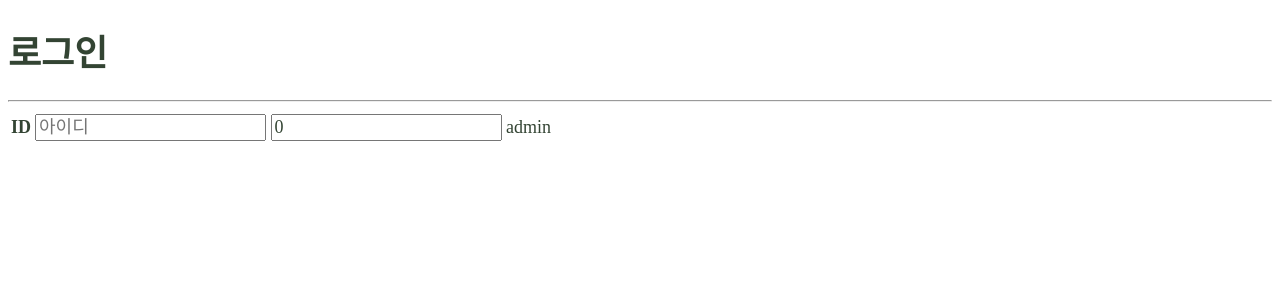
Repository: youngsik0405/SpringMVC
Page: http://localhost/mvc04/LoginForm.jsp
The author's editor kept a copy of each file at every save. The page is drawn from the files as they stood at one save, then again after the next save.
The browser window is 1280 px wide. The pictures show the whole page.
The page is served by Tomcat 9.

Above is the page before, as saved 2025-02-24 02:47:00.

### mvc04/WebContent/LoginForm.jsp
<%@ page contentType="text/html; charset=UTF-8"%>
<%@ taglib prefix="c" uri="http://java.sun.com/jsp/jstl/core"%>
<%
	request.setCharacterEncoding("UTF-8");
	String cp = request.getContextPath();
%>
<!DOCTYPE html>
<html>
<head>
<meta charset="UTF-8">
<title>LoginForm.jsp</title>
<link rel="stylesheet" type="text/css" href="<%=cp %>/css/main.css">
</head>
<body>
<!---------------------------------
  #28. LoginForm.jsp
  - 로그인 폼 페이지
  - ID(employeeId), PW(ssn2) 입력
------------------------------------>

<div>
	<div>
		<h1>로그인</h1>
		<hr>
	</div>

	<!-- 콘텐츠 영역 -->
	<div id="content">
		<form action="login.action" method="post" id="loginForm">
			<table>
				<tr>
					<th>
						<label for="id">ID</label>
					</th>
					<td>
						<input type="text" id="id" name="id" placeholder="아이디" required="required">
						<input type="text" id="admin" name="admin" value="0">
						<label for="admin">admin</label>
					</td>
				</tr>
			</table>

		</form>
	</div>

</div>

</body>
</html>

### mvc04/WebContent/css/main.css
@charset "UTF-8";

/*======================
  #16. main.css
  - 메인 스타일 구성
=======================*/

*
{
	font-family: 맑은 고딕;
	color: #334433;
}

body, p, div, span, input, table, th, td, select
{
	font-size: 18px;
}

.control
{
	border: 1px solid gray;
	border-radius: 3px;
}

.table
{
	border-collapse: collapse;
	width: 100%;
}

.table th, .table td
{
	border: 1px solid gray;
	border-left: 0px;
	border-right: 0px;
	padding: 3px;
	line-height: 150%;
	text-align: center;
}

.table th
{
	font-weight: bold;
	background-color: #eeeeee;
}

.table td
{
	font-size: 12pt;
}

.btn
{
	cursor : pointer;
	font-weight: bold;
}

.btn:hover
{
	color: #ffffff;
	background-color: #008000;
}

After the next save:
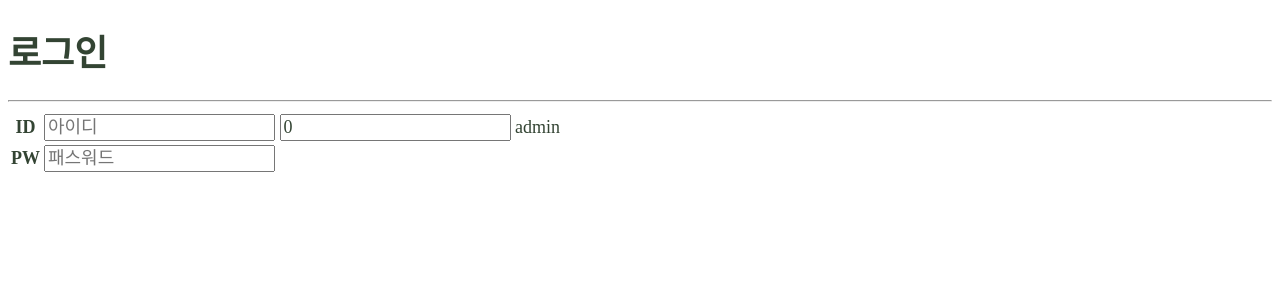
Saved 57 s later.
--- a/mvc04/WebContent/LoginForm.jsp
+++ b/mvc04/WebContent/LoginForm.jsp
@@ -38,6 +38,14 @@
 						<label for="admin">admin</label>
 					</td>
 				</tr>
+				<tr>
+					<th>
+						<label for="pw">PW</label>
+					</th>
+					<td>
+						<input type="text" id="pw" name="pw" placeholder="패스워드" required="required">
+					</td>
+				</tr>
 			</table>
 
 		</form>
